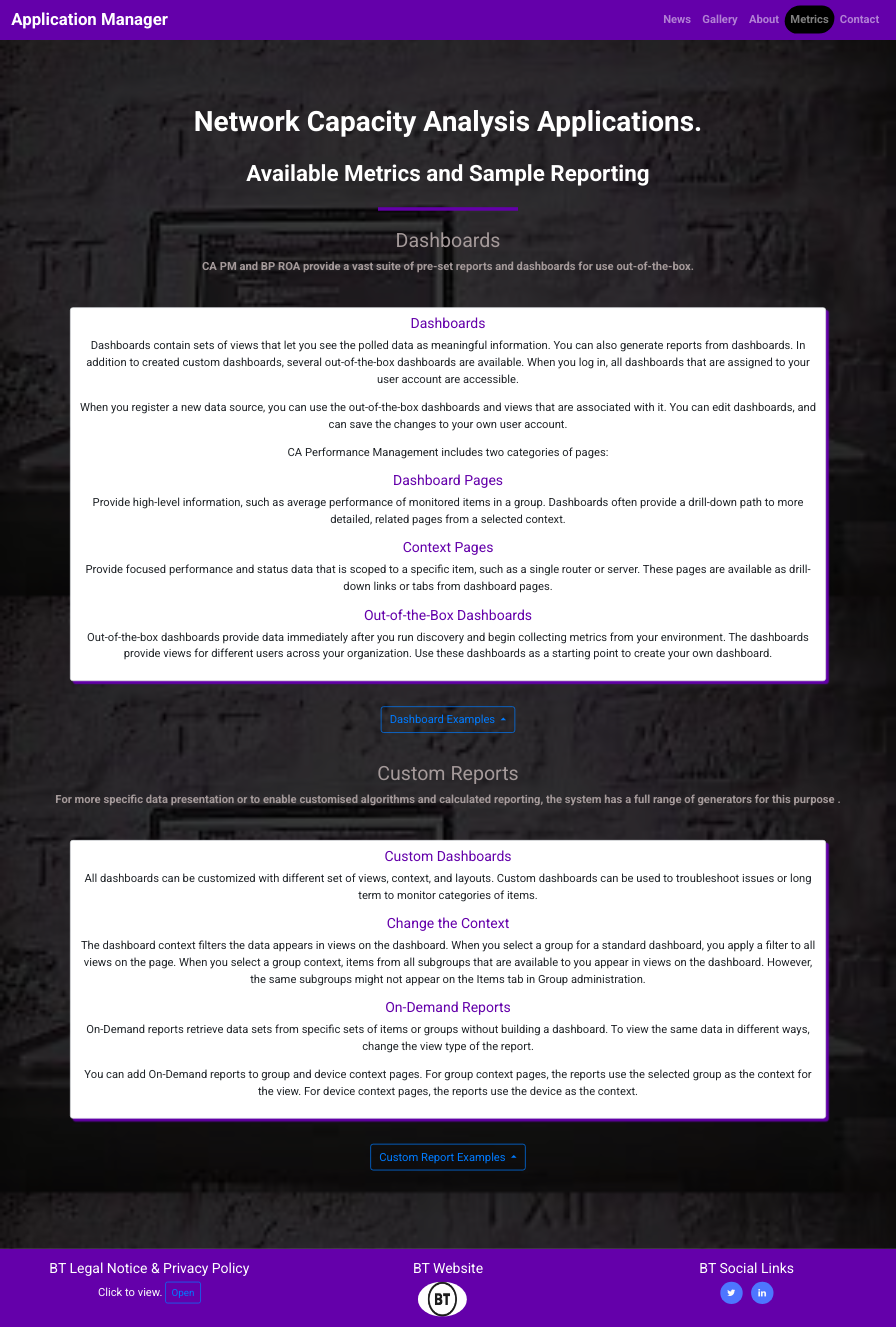
Repository: Mofarrell1967/Application-Manager
Page: metrics.html
The author's editor kept a record of every edit. The page is drawn from the files as they stood at one moment, then again after the next edit.
The browser window is 1280 px wide. The pictures show the whole page, at 70% of full size.
Backgrounds fixed to the window are drawn as part of the page. Some web libraries are served in a nearby version.

Above is the page before.

After the next edit:
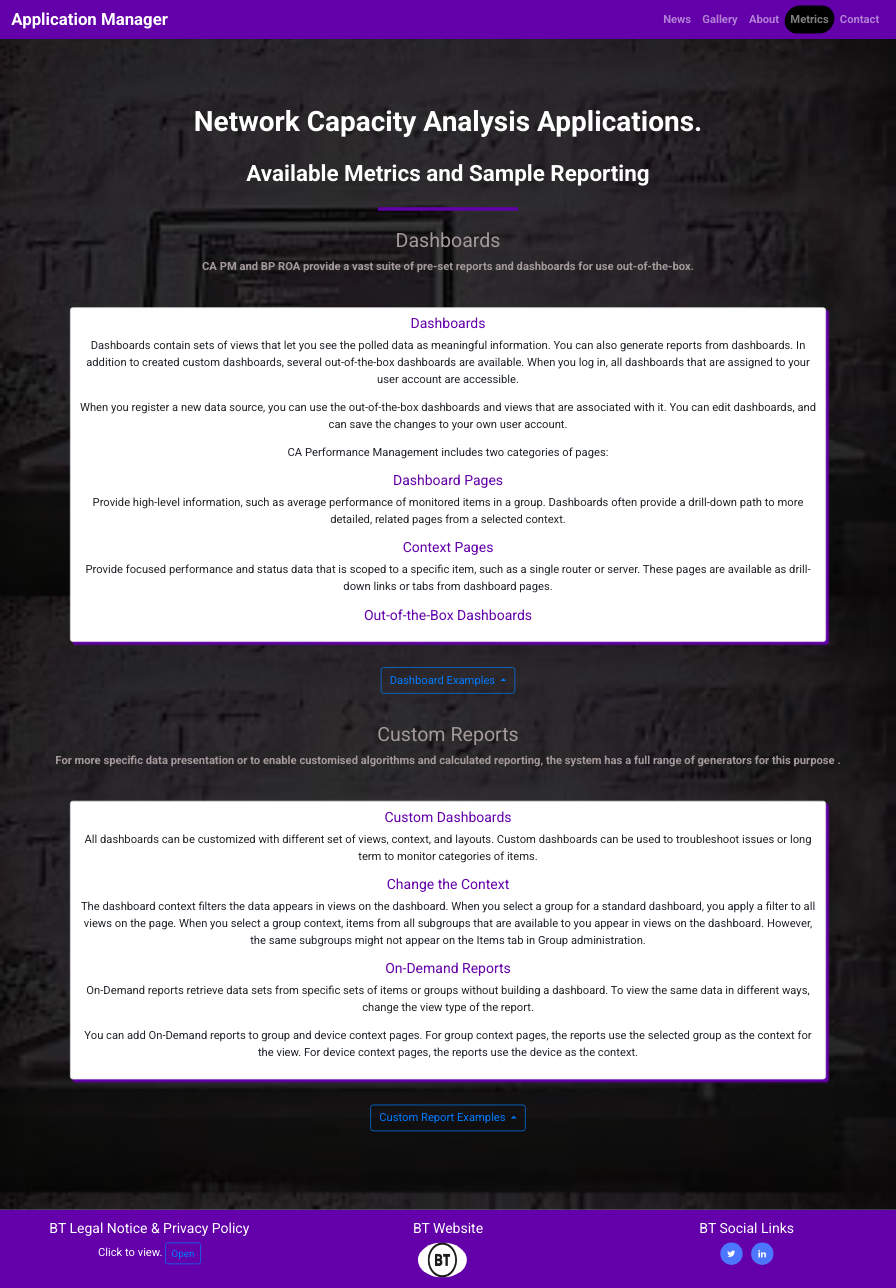
The edit:
--- a/metrics.html
+++ b/metrics.html
@@ -59,11 +59,9 @@
                     <section class="container">
                         <div class="row">
                             <div class="col border metrics-form">
-
                                 <h5>Dashboards</h5>
-
-                                <p>Dashboards contain sets of views that let you see the polled data as meaningful information. You can also generate reports from dashboards. In addition to created custom dashboards, several out-of-the-box
-                                    dashboards are available. When you log in, all dashboards that are assigned to your user account are accessible.</p>
+                                <p>Dashboards contain sets of views that let you see the polled data as meaningful information. You can also generate reports from dashboards. In addition to created custom dashboards, several out-of-the-box dashboards are
+                                    available. When you log in, all dashboards that are assigned to your user account are accessible.</p>
                                 <p>When you register a new data source, you can use the out-of-the-box dashboards and views that are associated with it. You can edit dashboards, and can save the changes to your own user account.</p>
                                 <p>CA Performance Management includes two categories of pages:</p>
                                 <h5>Dashboard Pages</h5>
@@ -71,9 +69,8 @@
                                 <h5>Context Pages</h5>
                                 <p>Provide focused performance and status data that is scoped to a specific item, such as a single router or server. These pages are available as drill-down links or tabs from dashboard pages.</p>
                                 <h5> Out-of-the-Box Dashboards</h5>
-                                <p>Out-of-the-box dashboards provide data immediately after you run discovery and begin collecting metrics from your environment. The dashboards provide views for different users across your organization.
-                                 Use these dashboards as a starting point to create your own dashboard.</p>
-                                                  </div>
+                                <p></p>
+                            </div>
                         </div>
                     </section>
 
@@ -250,18 +247,18 @@
 
     <!-- Script End -->
 
-   <!-- Tooltip Script Start -->
-  <script>
-    $(function() {
-      $('[data-toggle="tooltip"]').tooltip()
-    })
-
-    $(function() {
-      $('[data-toggle="popover"]').popover()
-    })
-  </script>
-
-  <!-- Tooltip Script End -->
+    <!-- Tooltip Script Start -->
+    <script>
+        $(function() {
+            $('[data-toggle="tooltip"]').tooltip()
+        })
+
+        $(function() {
+            $('[data-toggle="popover"]').popover()
+        })
+    </script>
+
+    <!-- Tooltip Script End -->
 
 </body>
 
